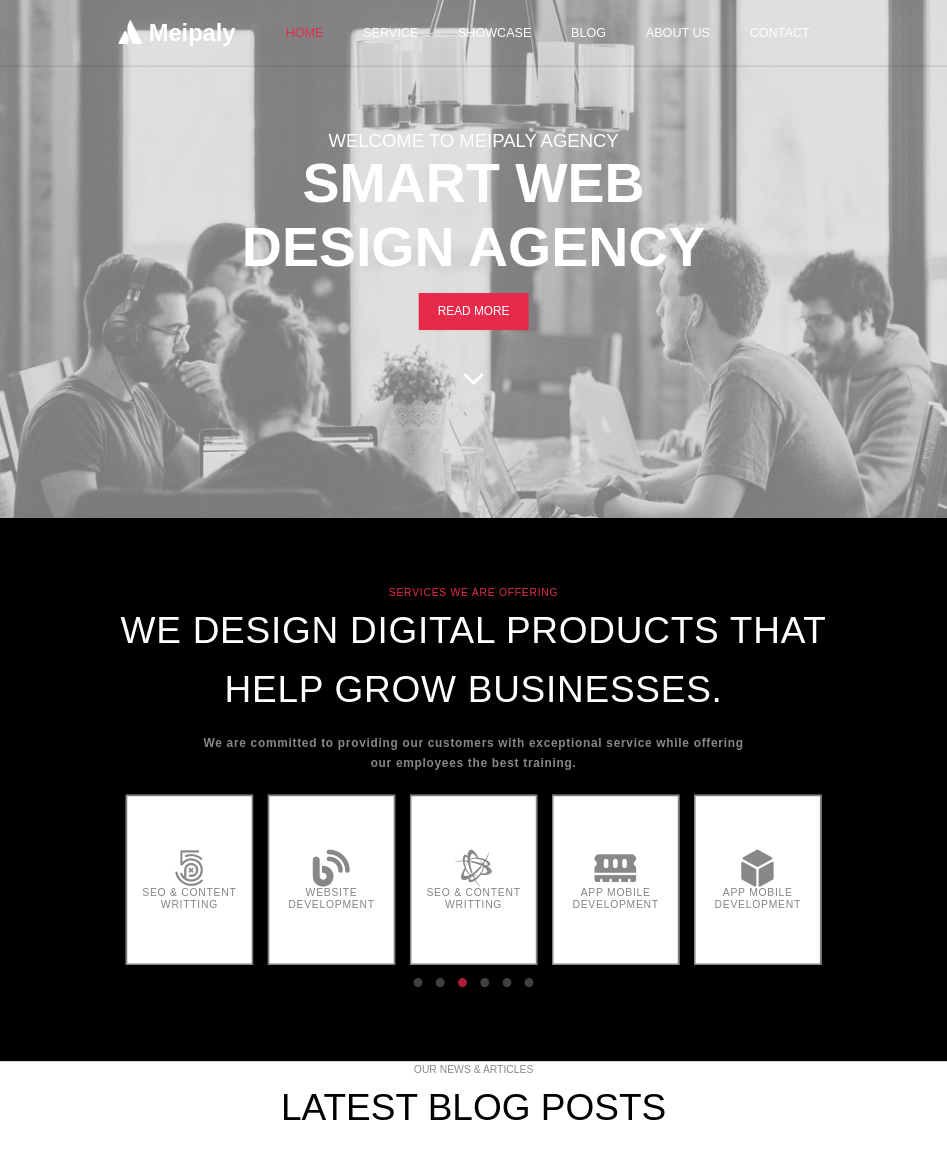
Repository: tudo1611/BC44_HTML5-CSS3_B6_MAIPALY_DO-TRUNG-TU
Page: index.html
These files come from the project's save history. The page is drawn as it stood at one moment and after the next save; the edit follows.
The browser window is 1280 px wide. The pictures show the whole page, at 74% of full size.
Some web fonts or font styles are not loaded; a fallback is used.

Above is the page before, as saved 2023-01-26 22:03:35.

### index.html
<!DOCTYPE html>
<html lang="en">

<head>
  <meta charset="UTF-8" />
  <meta http-equiv="X-UA-Compatible" content="IE=edge" />
  <meta name="viewport" content="width=device-width, initial-scale=1.0" />
  <title>Document</title>
  <link rel="stylesheet" href="https://cdnjs.cloudflare.com/ajax/libs/font-awesome/6.2.1/css/all.min.css" />
  <!-- slick  -->
  <link rel="stylesheet" href="./css/slick.css" />
  <link rel="stylesheet" href="./css/slick-theme.css" />
  <!-- main css  -->
  <link rel="stylesheet" href="./css/style.css" />
</head>

<body>
  <header>
    <div class="header__content">
      <div class="header__logo">
        <i class="fab fa-atlassian"></i>
        <span>Meipaly</span>
      </div>
      <nav>
        <ul>
          <li class="active"><a href="#">Home</a></li>
          <li><a href="#">Service</a></li>
          <li><a href="#">Showcase</a></li>
          <li><a href="#">Blog</a></li>
          <li><a href="#">About us</a></li>
          <li><a href="#">Contact</a></li>
        </ul>
      </nav>
    </div>
  </header>
  <section class="banner"></section>
  <section class="carousel">
    <div class="carousel__content">
      <p>WELCOME TO MEIPALY AGENCY</p>
      <h1>
        SMART WEB <br />
        DESIGN AGENCY
      </h1>
      <button>READ MORE</button>
      <div class="carousel__scroll">
        <i class="fa fa-chevron-down"></i>
      </div>
    </div>
  </section>
  <section class="service">
    <div class="service__content">
      <div class="title">
        <p>SERVICES WE ARE OFFERING</p>
        <h2>WE DESIGN DIGITAL PRODUCTS THAT HELP GROW BUSINESSES.</h2>
        <p>
          We are committed to providing our customers with exceptional service
          while offering <br />
          our employees the best training.
        </p>
      </div>
      <div class="service__slider">
        <div class="slick-content">
          <div class="item">
            <i class="fa fa-dice-d6"></i>
            <p>
              APP MOBILE <br />
              DEVELOPMENT
            </p>
          </div>
          <div class="item">
            <i class="fab fa-autoprefixer"></i>
            <p>
              DIGITAL <br />
              MARKETING
            </p>
          </div>
          <div class="item">
            <i class="fab fa-500px"></i>
            <p>
              SEO &#38; CONTENT <br />
              WRITTING
            </p>
          </div>
          <div class="item">
            <i class="fa fa-blog"></i>
            <p>
              WEBSITE <br />
              DEVELOPMENT
            </p>
          </div>
          <div class="item">
            <i class="fab fa-battle-net"></i>
            <p>
              SEO &#38; CONTENT <br />
              WRITTING
            </p>
          </div>
          <div class="item">
            <i class="fa fa-memory"></i>
            <p>
              APP MOBILE <br />
              DEVELOPMENT
            </p>
          </div>
        </div>
      </div>
    </div>
  </section>
  <section class="blogs">
    <div class="title title--black">
      <p>OUR NEWS &amp; ARTICLES</p>
      <h2>LATEST BLOG POSTS</h2>
      <p>
        We are committed to providing our customers with exceptional service
        while offering our
        <br />
        employees the best training.
      </p>
    </div>
  </section>
  <section class="number"></section>
  <section class="experience"></section>
  <section class="contact"></section>
  <script src="https://code.jquery.com/jquery-3.6.3.slim.js"
    integrity="sha256-DKU1CmJ8kBuEwumaLuh9Tl/6ZB6jzGOBV/5YpNE2BWc=" crossorigin="anonymous"></script>
  <script src="./js/slick.min.js"></script>

  <script>
    $(document).ready(function () {
      $(".slick-content").slick({
        dots: true,
        infinite: true,
        autoplay: true,
        autoplaySpeed: 2000,
        slidesToShow: 5,
        slidesToScroll: 1,
      });
    });
  </script>
</body>

</html>

### css/style.css
* {
  margin: 0;
  padding: 0;
  box-sizing: border-box;
}
html,
body {
  font-family: "Oswald", sans-serif;
  font-size: 62.5%;
  color: #fff;
}

.title {
  text-align: center;
  line-height: 1.6;
}
/* header  */
header {
  background-color: transparent;
  border-bottom: 1px solid rgba(0, 0, 0, 0.2);
  position: absolute;
  z-index: 10;
  width: 100%;
}
.header__content {
  width: 75%;
  margin: 0 auto;
  display: flex;
  justify-content: space-between;
  align-items: center;
  padding: 2.6rem 0;
}
.header__content ul {
  list-style: none;
}
.header__logo {
  font-size: 3.2rem;
  font-weight: 700;
  /* color: #fff; */
}
.header__content li {
  display: inline-block;
  padding: 0 2.6rem;
}
.header__content li.active a {
  color: #e62b4a;
}
.header__content li a {
  font-size: 1.7rem;
  color: #fff;
  text-transform: uppercase;
  text-decoration: none;
}
/* carousel  */
.carousel {
  background-image: url(../img/home_slider.jpg);
  background-size: cover;
  background-position: center;
  height: 70rem;
  display: flex;
  justify-content: center;
  align-items: center;
}
.carousel__content {
  text-align: center;
}
.carousel__content p {
  font-size: 2.5rem;
}
.carousel__content h1 {
  font-size: 7.5rem;
}
.carousel__content button {
  font-size: 1.6rem;
  margin-top: 2rem;
  padding: 1.5rem 2.5rem;
  background-color: #e62b4a;
  color: white;
  border: 1px solid #e62b4a;
  cursor: pointer;
  transition: all 0.5s;
}
.carousel__content button:hover {
  background-color: #af2239;
}
.carousel__scroll i {
  margin-top: 5rem;
  font-size: 3rem;
  animation: arrowDown 1s linear 0s infinite;
}

/* service  */
.service {
  text-align: center;
  padding: 9rem 0;
  background-color: #000;
}
.service__content {
  width: 75%;
  margin: 0 auto;
  letter-spacing: 1px;
}

.service .title p:first-of-type {
  font-size: 1.4rem;
  color: #e62b4a;
  font-weight: 300;
}
.service .title h2 {
  font-size: 5rem;
  color: #fff;
  font-weight: 400;
}
.service .title p:last-of-type {
  font-size: 1.6rem;
  color: #888888;
  font-weight: 700;
  margin-top: 2rem;
}
.service__slider {
  margin-top: 2rem;
}

.service__slider .item {
  width: 21.4rem;
  height: 23rem;
  border: 2px solid #81807d;
  background-color: #fff;
  color: #848482;
  text-align: center;
  margin: 1rem;
  display: flex;
  flex-direction: column;
  justify-content: center;
  align-items: center;
  position: relative;
}
.service__slider .item i{
  font-size: 5rem;
  color: #888888;
}
.service__slider .item p{
  font-size: 1.4rem;
}
.service__slider .item::after{
  content: "";
  height: 0;
  width: 5px;
  background-color: #e62b4a;
  display: block;
  position: absolute;
  top: 0;
  right: 0;
  transition: all .2s linear;
}
.service__slider .item:hover::after{
  height: 100%;
}
.slick-content .slick-dots li button:before{
  color: #fff;
  font-size: 5rem;
}
.slick-content .slick-dots li.slick-active button:before{
  color: #e62b4a;
}
.slick-prev:before, .slick-next:before{
  visibility: hidden;
}
/* blog  */
.blog{
  padding: 9rem 0;
  background-color: #fff;
}
.title--black p:first-of-type {
    color: #888888;
    font-weight: 400;
    font-size: 1.4rem;
}
.title--black h2 {
    color: black;
    font-size: 50px;
    font-weight: 400;
}


@keyframes arrowDown {
  form {
    opacity: 1;
    transform: translateY(0);
  }
  to {
    opacity: 0;
    transform: translateY(4rem);
  }
}

Loaded but not shown: css/slick.css (common file); css/slick-theme.css (library); js/slick.min.js (library)

After the next save:
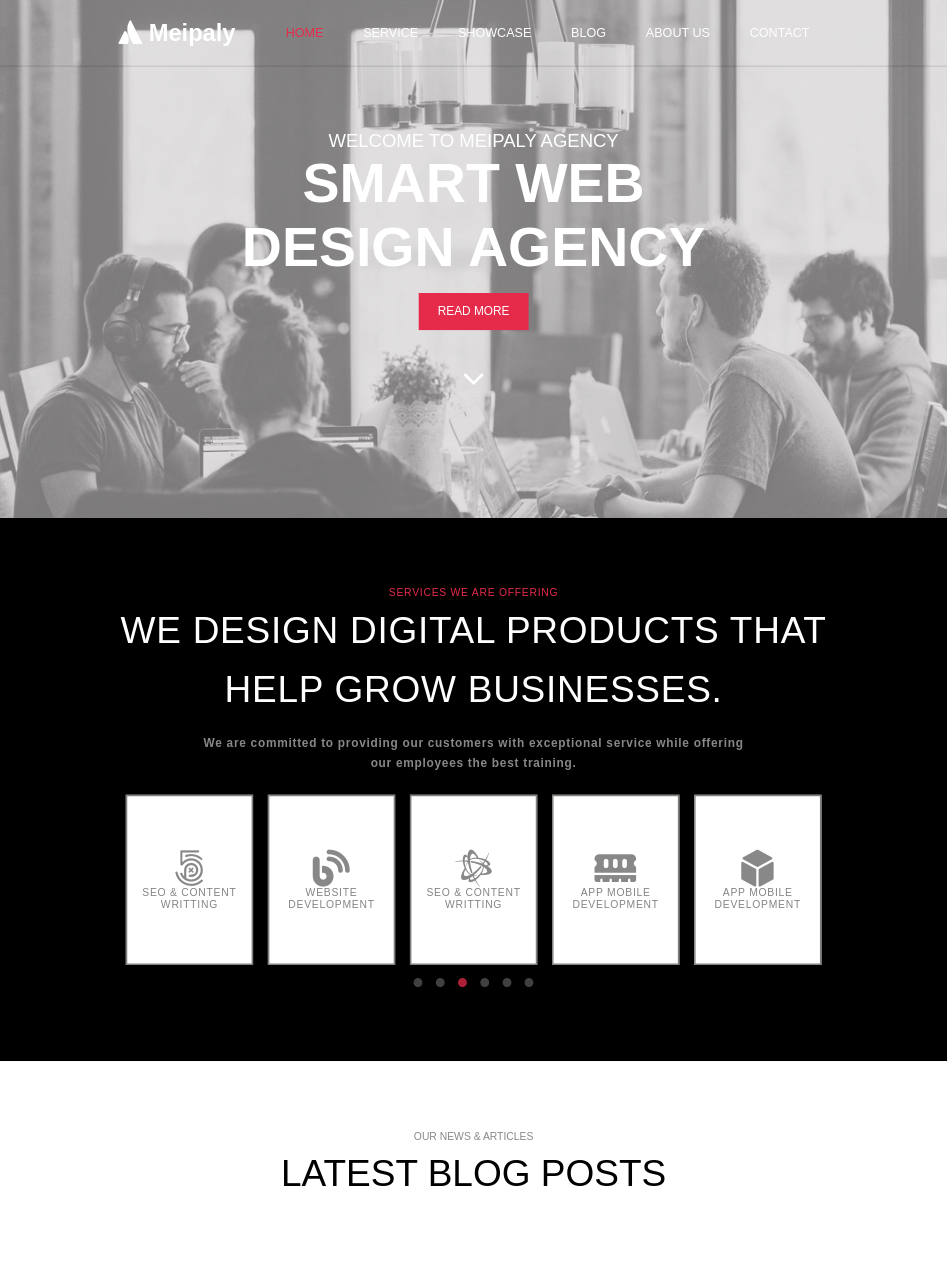
Saved 22 s later.
--- a/css/style.css
+++ b/css/style.css
@@ -167,7 +167,7 @@ header {
   visibility: hidden;
 }
 /* blog  */
-.blog{
+.blogs{
   padding: 9rem 0;
   background-color: #fff;
 }
